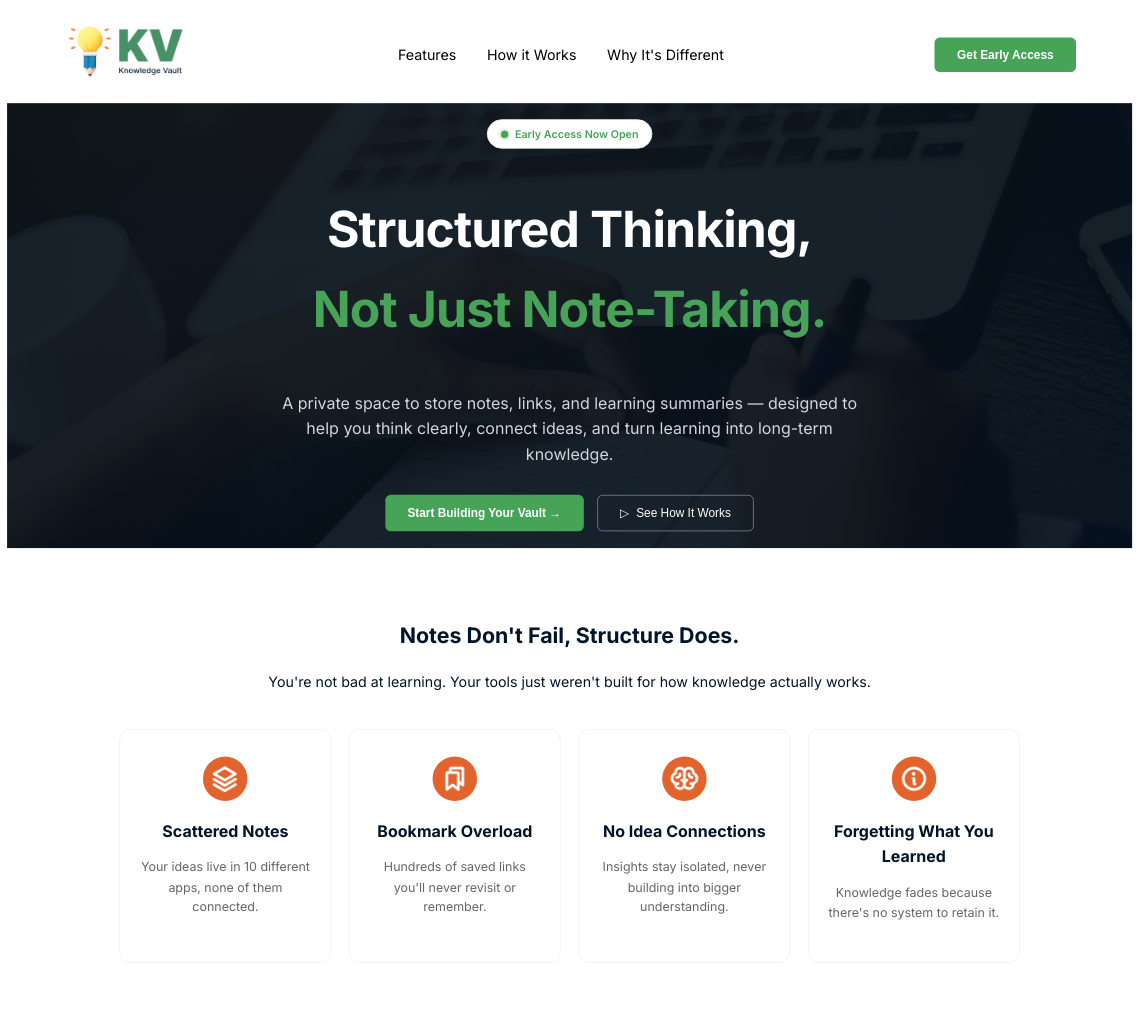
Repository: Saiful21Islam/my-fast-devel
Page: index.html
An editor plug-in stored every save of this project. The page is shown before and after the next save, followed by the edit.
The browser window is 1280 px wide. The pictures show the whole page, at 89% of full size.

Above is the page before, as saved 2026-01-31 12:22:22.

### index.html
<!DOCTYPE html>
<html lang="en">

<head>
    <meta charset="UTF-8">
    <meta name="viewport" content="width=device-width, initial-scale=1.0">
    <title>My Fast Development Project</title>
    <link rel="preconnect" href="https://fonts.googleapis.com">
<link rel="preconnect" href="https://fonts.gstatic.com" crossorigin>
<link href="https://fonts.googleapis.com/css2?family=Inter:ital,opsz,wght@0,14..32,100..900;1,14..32,100..900&family=Open+Sans:ital,wght@0,300..800;1,300..800&family=Work+Sans:ital,wght@0,100..900;1,100..900&display=swap" rel="stylesheet">
    <link rel="stylesheet" href="style.css">
</head>

<body>
    <header class="navbar">
        <div class="logo">
            <img src="assets/logo-navbar.png" alt="kv logo">
        </div>
    <nav class="nav-links">
        <a href="#">Features</a>
        <a href="#">How it Works</a>
        <a href="#">Why It's Different</a>
    </nav>
    <button class="btn-primary">Get Early Access</button>
</header>
 <section class="banner">
        <div class="banner-overlay">
            <div class="banner-content">
                <span class="early-badge">Early Access Now Open</span>
                <h1>Structured Thinking, <br><span class="green-text">Not Just Note-Taking.</span></h1>
                <p>A private space to store notes, links, and learning summaries — designed to help you think clearly,
                    connect ideas, and turn learning into long-term knowledge.</p>
                <div class="banner-btns">
                  <button class="btn-primary">Start Building Your Vault &rarr;</button>

                  <button class="btn-outline">
                  <span class="play-icon">&#9655;</span> See How It Works
                           </button>
                </div>
            </div>
        </div>
    </section>
        <section class="notes">
    <h2 class="Notes" >Notes Don't Fail, Structure Does.</h2>
    <p class="subtitle">You're not bad at learning. Your tools just weren't built for how knowledge actually works.</p>

    <div class="card-container">
        <div class="card">
            <div class="icon-circle red-bg"> <img src="assets/Vector.png" alt=""> </div>
            <h3>Scattered Notes</h3>
            <p>Your ideas live in 10 different apps, none of them connected.</p>
        </div>
        <div class="card">
            <div class="icon-circle orange-bg"> <img src="assets/Bookmarks.png" alt=""> </div>
            <h3>Bookmark Overload</h3>
            <p>Hundreds of saved links you'll never revisit or remember.</p>
        </div>
        <div class="card">
            <div class="icon-circle red-bg"> <img src="assets/Brain.png" alt=""> </div>
            <h3>No Idea Connections</h3>
            <p>Insights stay isolated, never building into bigger understanding.</p>
        </div>
        <div class="card">
            <div class="icon-circle red-bg"> <img src="assets/Info.png" alt=""> </div>
            <h3>Forgetting What You Learned</h3>
            <p>Knowledge fades because there's no system to retain it.</p>
        </div>
    </div>
    </section>


</body>
</html>

### style.css
/* Google Font (Always on Top) */
@import url('https://fonts.googleapis.com/css2?family=Inter:wght@400;600;700&display=swap');

/* Global */
body {
    font-family: 'Inter', sans-serif;
    color: #001529;
    line-height: 1.6;
}

/* Navbar */
.navbar {
    display: flex;
    justify-content: space-between;
    align-items: center;
    padding: 20px 5%;
}

.nav-links a {
    text-decoration: none;
    color: black;
    margin: 0 15px;
}

/* Buttons */
.btn-early {
    background-color: #46a358;
    color: white;
    padding: 10px 20px;
    border: none;
    border-radius: 5px;
}

/* Banner */
.banner {
    background-image: linear-gradient(rgba(0,0,0,0.5), rgba(0,0,0,0.5)),
                      url('assets/hero-bg.png');
    background-size: cover;
    background-position: center;
    height: 500px;

    display: flex;
    justify-content: center;
    align-items: center;
    text-align: center;
    color: white;
}

/* Badge */
.early-badge {
    display: inline-flex;
    align-items: center;
    color: #46a358;
    background-color: #fff;
    padding: 6px 15px;
    border: 1px solid #eee;
    border-radius: 50px;
    font-size: 12px;
    font-weight: 600;
    cursor: pointer;
    box-shadow: 0 2px 5px rgba(0,0,0,0.1);
}

.early-badge::before {
    content: "";
    height: 8px;
    width: 8px;
    background-color: #46a358;
    border-radius: 50%;
    margin-right: 8px;
    box-shadow: 0 0 5px rgba(70, 163, 88, 0.8);
}

/* Text */
h1 {
    font-size: 56px;
    font-weight: 700;
    letter-spacing: -1px;
}

.green-text {
    color: #46a358;
}

.banner p {
    font-size: 18px;
    color: #cfd8dc;
    max-width: 650px;
    margin: 20px auto;
}

/* Banner Buttons */
.banner-btns {
    display: flex;
    justify-content: center;
    gap: 15px;
    margin-top: 30px;
}

.btn-primary {
    background-color: #46a358;
    color: white;
    padding: 12px 25px;
    border: none;
    border-radius: 6px;
    font-weight: 600;
    cursor: pointer;
    transition: 0.3s;
}

.btn-primary:hover {
    background-color: #3b8a4a;
}

.btn-outline {
    background: transparent;
    color: white;
    padding: 12px 25px;
    border: 1px solid rgba(255, 255, 255, 0.4);
    border-radius: 6px;
    font-weight: 500;
    cursor: pointer;
    display: flex;
    align-items: center;
    gap: 8px;
}

.btn-outline:hover {
    background: rgba(255, 255, 255, 0.1);
    border-color: white;
}


.notes {
    text-align: center;
    padding: 60px 10%;
    background-color: #fff;
}

.card-container {
    display: flex; /* 4ti card ke pashapashi rakhar jonno */
    gap: 20px;
    margin-top: 40px;
}

.card {
    flex: 1; /* Shob card shoman size-er hobe */
    padding: 30px 20px;
    border: 1px solid #f4f0ee;
    border-radius: 12px;
    transition: 0.3s;

}

/* Hover Effect (Challenge Requirement) */
.card:hover {
    box-shadow: 0 10px 20px rgba(0,0,0,0.05);
    transform: translateY(-5px);
}

/* Icon Design */
.icon-circle {
    width: 50px;
    height: 50px;
    border-radius: 50%;
    display: flex;
    align-items: center;
    justify-content: center;
    margin: 0 auto 20px;
    font-size: 20px;

}
.Notes {

}
.red-bg { background-color: #e3632c; color: #f1ecec; }
.orange-bg { background-color: #e3632c; color: #fefdfc; }

.card h3 {
    font-size: 18px;
    margin-bottom: 10px;
}

.card p {
    font-size: 14px;
    color: #666;
}

After the next save:
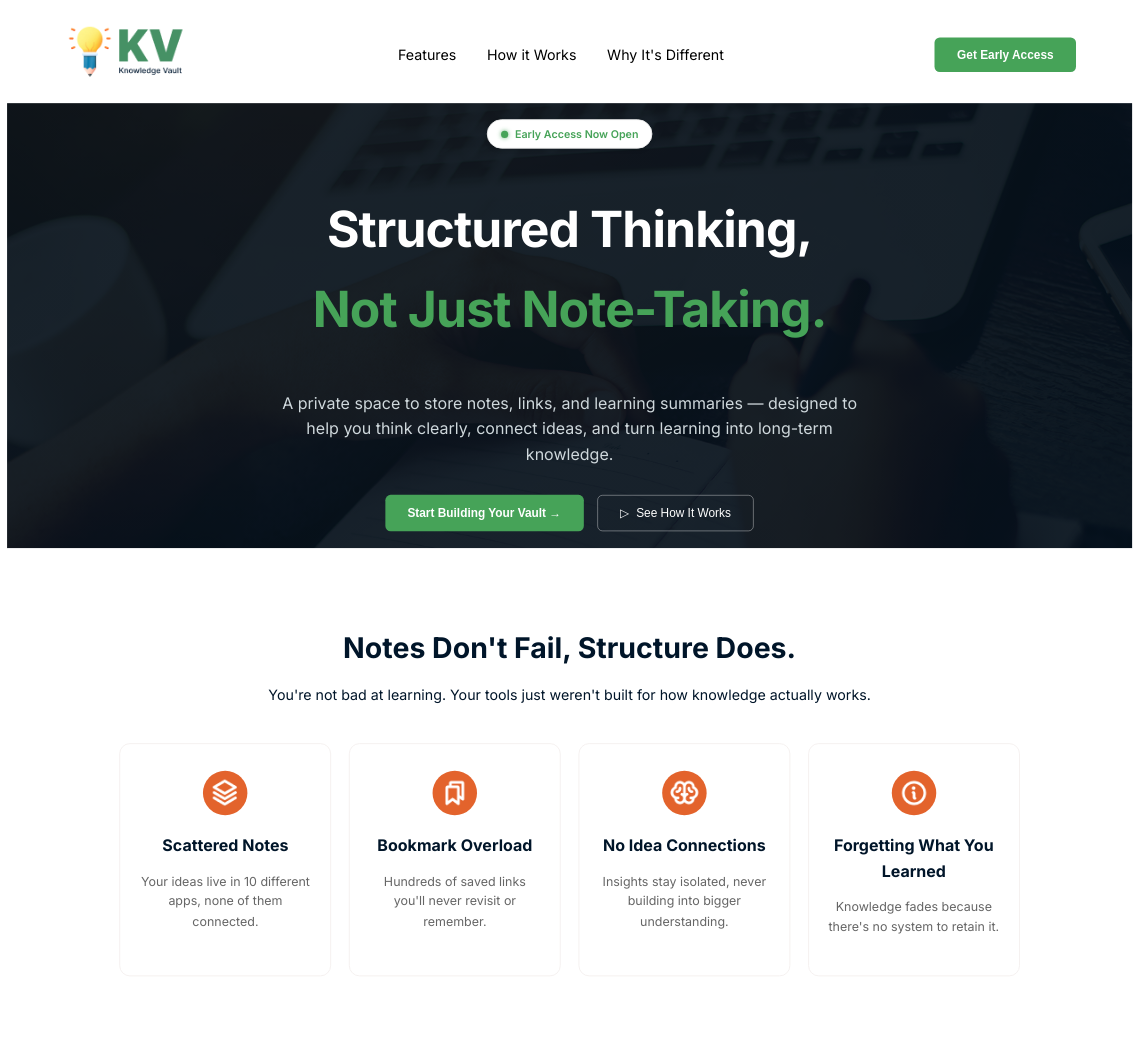
Saved 4 s later.
--- a/style.css
+++ b/style.css
@@ -171,7 +171,9 @@
 
 }
 .Notes {
-
+    font-size: 32px;
+    font-weight: 700;
+    margin-bottom: 10px;
 }
 .red-bg { background-color: #e3632c; color: #f1ecec; }
 .orange-bg { background-color: #e3632c; color: #fefdfc; }
